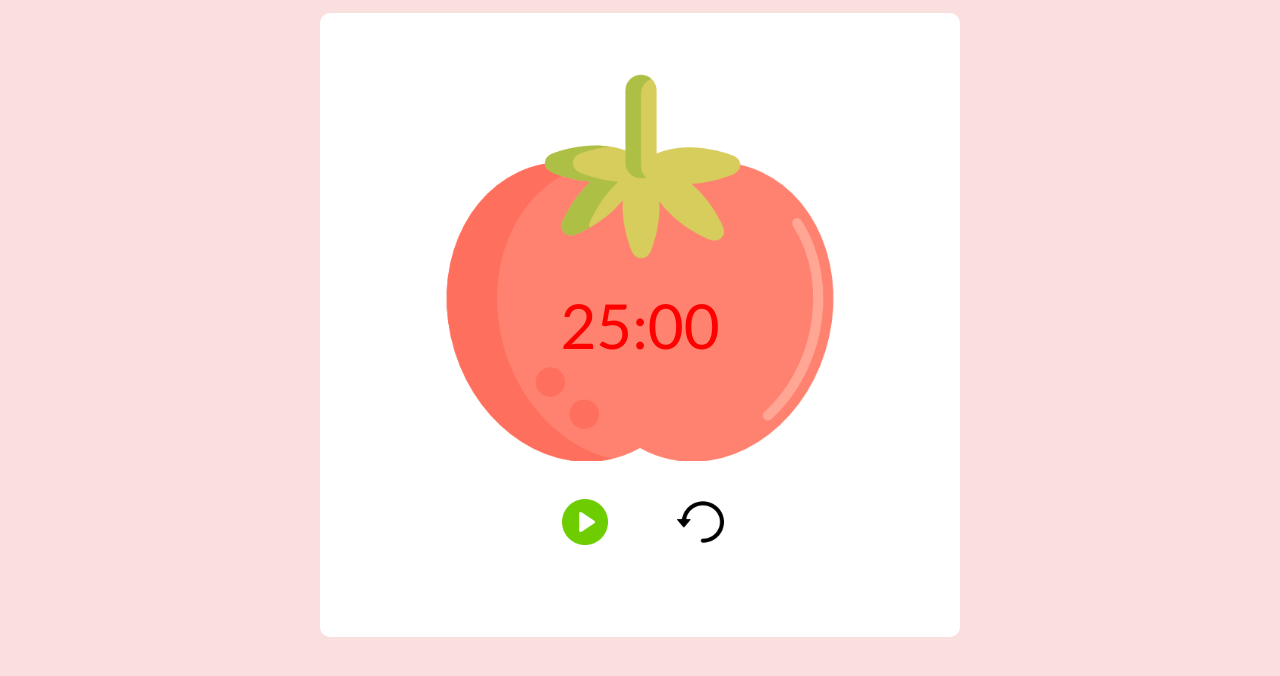
Repository: Dirlandia404/pomodoro
Page: /
An editor plug-in stored every save of this project. The page is shown before and after the next save, followed by the edit.
The browser window is 1280 px wide. The pictures show the whole page.
The project was rebuilt for these pictures with package versions that can differ from the ones it lists, and the page was loaded fresh each time.

Above is the page before, as saved 2021-11-25 17:13:45.

After the next save:
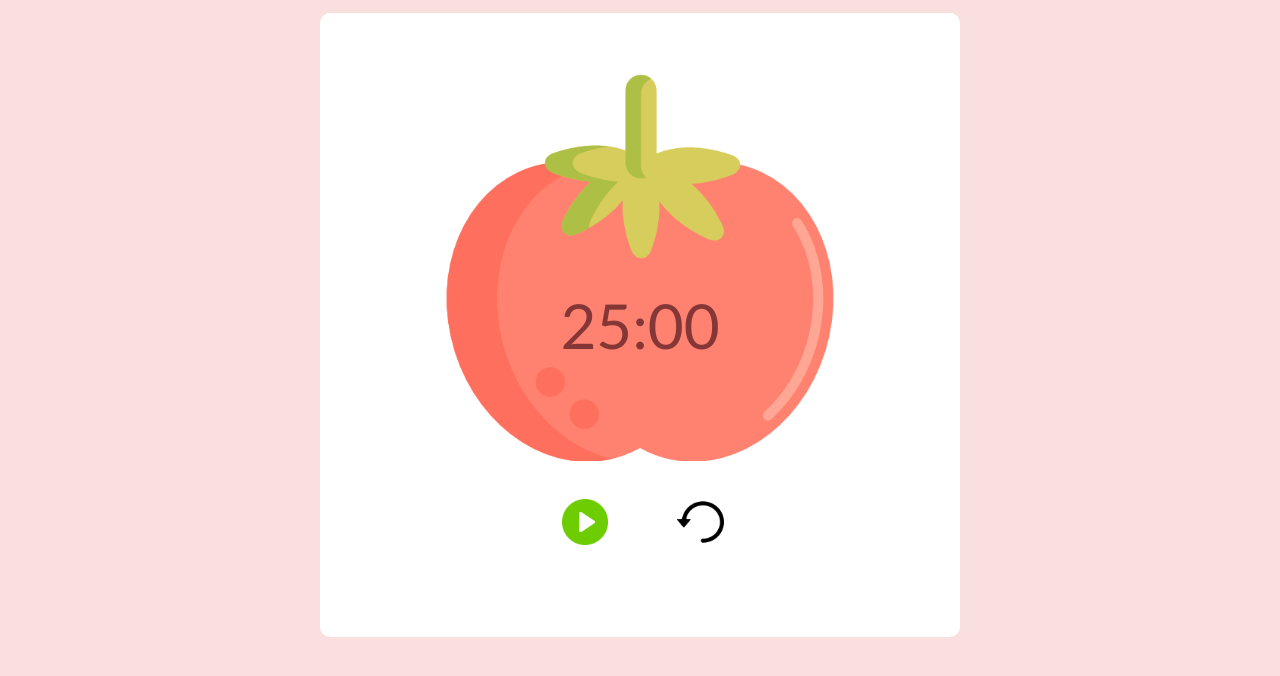
Saved 10 s later.
--- a/src/componentes/componente.css
+++ b/src/componentes/componente.css
@@ -45,7 +45,7 @@ p.time {
     padding: 10%;
     font-size: 62px;
     font-family:  'Lato', sans-serif;
-    color: red;
+    color: rgb(133, 55, 55);
 }
 div.butoes{
     align-items: center;
